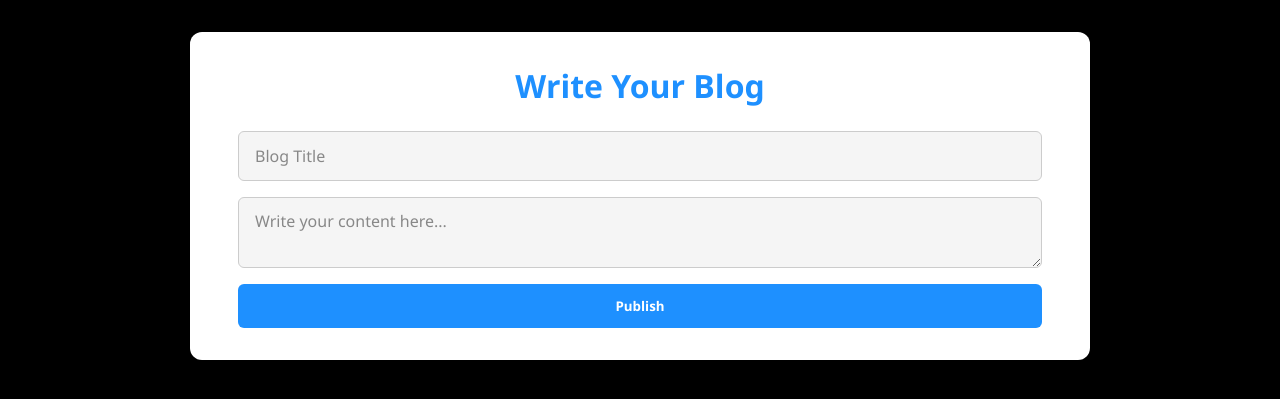
Repository: rizwanahmed2022/YourFees-BlogingApp
Page: post.html
An editor plug-in stored every save of this project. The page is shown before and after the next save, followed by the edit.
The browser window is 1280 px wide. The pictures show the whole page.

Above is the page before, as saved 2025-11-09 21:44:40.

### post.html
<!DOCTYPE html>
<html lang="en">
<head>
  <meta charset="UTF-8">
  <meta name="viewport" content="width=device-width, initial-scale=1.0">
  <title>Write Blog | YourFeed</title>
  <style>
    :root {
  --color-primary: #1e90ff;
  --color-bg: #000000;         /* page background */
  --color-card-bg: #ffffff;    /* container background */
  --color-text: #000000;
  --color-input-bg: #f5f5f5;
  --color-shadow: rgba(0,0,0,0.4);
  --color-primary-hover: #0066cc;
}

* {
  margin: 0;
  padding: 0;
  box-sizing: border-box;
  font-family: "Segoe UI", Tahoma, Geneva, Verdana, sans-serif;
}

body {
  background-color: var(--color-bg);
  display: flex;
  justify-content: center;
  padding: 2rem 1rem;
}

.blog-container {
  width: 100%;
  display: flex;
  justify-content: center;
}

.blog-card {
  background-color: var(--color-card-bg);
  padding: 2rem 3rem;
  border-radius: 12px;
  box-shadow: 0 6px 20px var(--color-shadow);
  width: 100%;
  max-width: 900px; /* long width for desktop */
}

.blog-title {
  font-size: 2rem;
  color: var(--color-primary);
  margin-bottom: 1.5rem;
  text-align: center;
}

.blog-form {
  display: flex;
  flex-direction: column;
  gap: 1rem;
}

.blog-form input, .blog-form textarea {
  padding: 0.8rem 1rem;
  border-radius: 6px;
  border: 1px solid #ccc;
  background-color: var(--color-input-bg);
  font-size: 1rem;
  color: var(--color-text);
  width: 100%;
}

.blog-form input::placeholder,
.blog-form textarea::placeholder {
  color: #888;
}

.blog-form input:focus,
.blog-form textarea:focus {
  outline: none;
  border-color: var(--color-primary);
  box-shadow: 0 0 5px rgba(30,144,255,0.5);
}

.btn.publish-btn {
  padding: 0.8rem 1.2rem;
  border: none;
  border-radius: 6px;
  cursor: pointer;
  font-weight: 600;
  background-color: var(--color-primary);
  color: white;
  transition: background-color 0.2s;
}

.btn.publish-btn:hover {
  background-color: var(--color-primary-hover);
}

/* ======================
   Responsive for mobile
====================== */
@media (max-width: 600px) {
  .blog-card {
    padding: 1.5rem 1.5rem;
    border-radius: 8px;
    max-width: 100%;
  }

  .blog-title {
    font-size: 1.5rem;
  }

  .blog-form input, .blog-form textarea {
    font-size: 0.95rem;
  }

  .btn.publish-btn {
    width: 100%;
  }
}

  </style>
</head>

<body>

  <div class="blog-container">
    <div class="blog-card">
      <h1 class="blog-title">Write Your Blog</h1>

      <form class="blog-form">
        <input type="text" id="blog-title" placeholder="Blog Title" required>
        <textarea id="blog-content" placeholder="Write your content here..." required></textarea>
        <button type="submit" class="btn publish-btn">Publish</button>
      </form>
    </div>
  </div>

</body>
</html>

After the next save:
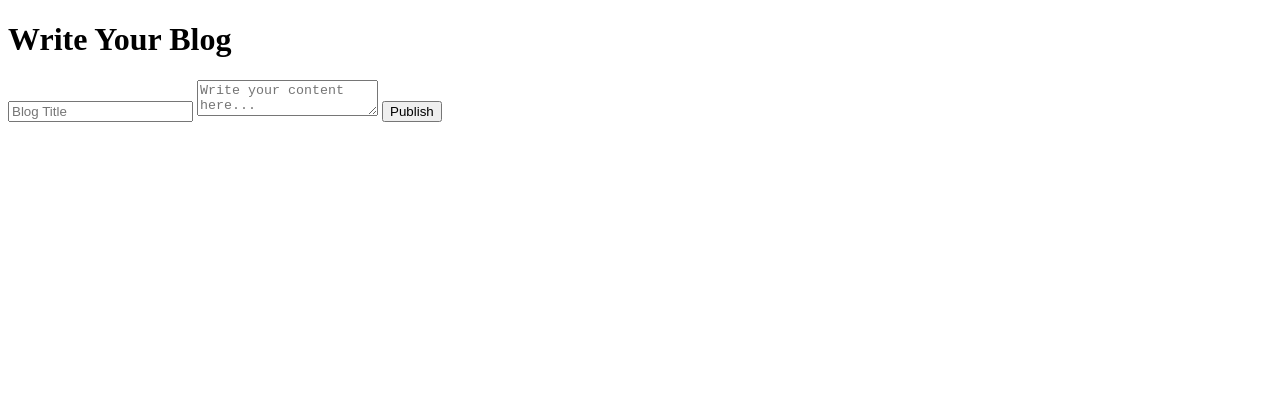
Not found: blog.css
Saved 68 s later.
--- a/post.html
+++ b/post.html
@@ -4,126 +4,12 @@
   <meta charset="UTF-8">
   <meta name="viewport" content="width=device-width, initial-scale=1.0">
   <title>Write Blog | YourFeed</title>
-  <style>
-    :root {
-  --color-primary: #1e90ff;
-  --color-bg: #000000;         /* page background */
-  --color-card-bg: #ffffff;    /* container background */
-  --color-text: #000000;
-  --color-input-bg: #f5f5f5;
-  --color-shadow: rgba(0,0,0,0.4);
-  --color-primary-hover: #0066cc;
-}
-
-* {
-  margin: 0;
-  padding: 0;
-  box-sizing: border-box;
-  font-family: "Segoe UI", Tahoma, Geneva, Verdana, sans-serif;
-}
-
-body {
-  background-color: var(--color-bg);
-  display: flex;
-  justify-content: center;
-  padding: 2rem 1rem;
-}
-
-.blog-container {
-  width: 100%;
-  display: flex;
-  justify-content: center;
-}
-
-.blog-card {
-  background-color: var(--color-card-bg);
-  padding: 2rem 3rem;
-  border-radius: 12px;
-  box-shadow: 0 6px 20px var(--color-shadow);
-  width: 100%;
-  max-width: 900px; /* long width for desktop */
-}
-
-.blog-title {
-  font-size: 2rem;
-  color: var(--color-primary);
-  margin-bottom: 1.5rem;
-  text-align: center;
-}
-
-.blog-form {
-  display: flex;
-  flex-direction: column;
-  gap: 1rem;
-}
-
-.blog-form input, .blog-form textarea {
-  padding: 0.8rem 1rem;
-  border-radius: 6px;
-  border: 1px solid #ccc;
-  background-color: var(--color-input-bg);
-  font-size: 1rem;
-  color: var(--color-text);
-  width: 100%;
-}
-
-.blog-form input::placeholder,
-.blog-form textarea::placeholder {
-  color: #888;
-}
-
-.blog-form input:focus,
-.blog-form textarea:focus {
-  outline: none;
-  border-color: var(--color-primary);
-  box-shadow: 0 0 5px rgba(30,144,255,0.5);
-}
-
-.btn.publish-btn {
-  padding: 0.8rem 1.2rem;
-  border: none;
-  border-radius: 6px;
-  cursor: pointer;
-  font-weight: 600;
-  background-color: var(--color-primary);
-  color: white;
-  transition: background-color 0.2s;
-}
-
-.btn.publish-btn:hover {
-  background-color: var(--color-primary-hover);
-}
-
-/* ======================
-   Responsive for mobile
-====================== */
-@media (max-width: 600px) {
-  .blog-card {
-    padding: 1.5rem 1.5rem;
-    border-radius: 8px;
-    max-width: 100%;
-  }
-
-  .blog-title {
-    font-size: 1.5rem;
-  }
-
-  .blog-form input, .blog-form textarea {
-    font-size: 0.95rem;
-  }
-
-  .btn.publish-btn {
-    width: 100%;
-  }
-}
-
-  </style>
+  <link rel="stylesheet" href="blog.css">
 </head>
-
 <body>
 
-  <div class="blog-container">
-    <div class="blog-card">
+  <div class="blog-wrapper">
+    <div class="blog-container">
       <h1 class="blog-title">Write Your Blog</h1>
 
       <form class="blog-form">
